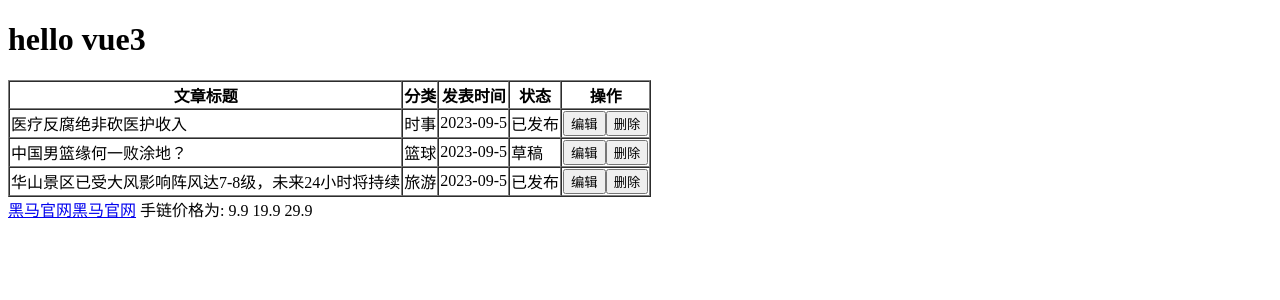
Repository: Viana05/MRGIS_front
Page: vue_learn.html
These files come from the project's save history. The page is drawn as it stood at one moment and after the next save; the edit follows.
The browser window is 1280 px wide. The pictures show the whole page.

Above is the page before, as saved 2025-03-10 21:35:26.

After the next save:
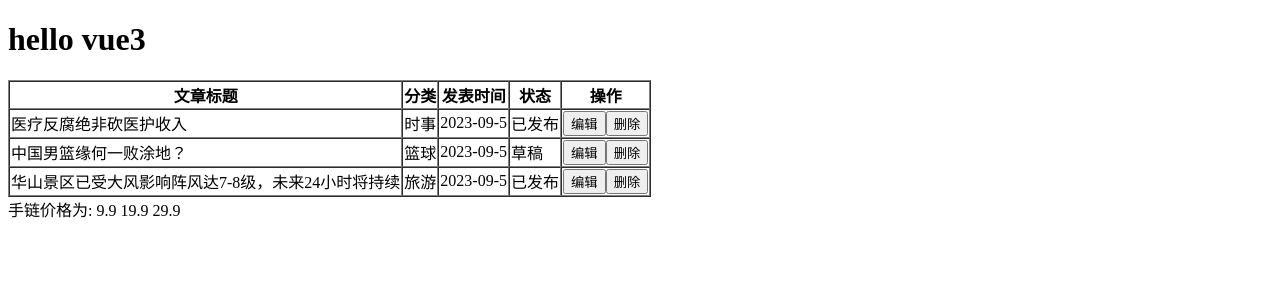
Saved 23 s later.
--- a/vue_learn.html
+++ b/vue_learn.html
@@ -31,8 +31,8 @@
         </tr>
       </table>
       <!-- v-bind 绑定数据 -->
-      <a v-bind:href="url">黑马官网</a>
-      <a :href="url">黑马官网</a>
+      <!-- <a v-bind:href="url">黑马官网</a>
+      <a :href="url">黑马官网</a> -->
       <!-- v-if -->
       手链价格为:  <span>9.9</span>  <span>19.9</span> <span>29.9</span>
       <!-- v-show -->

After the save that followed:
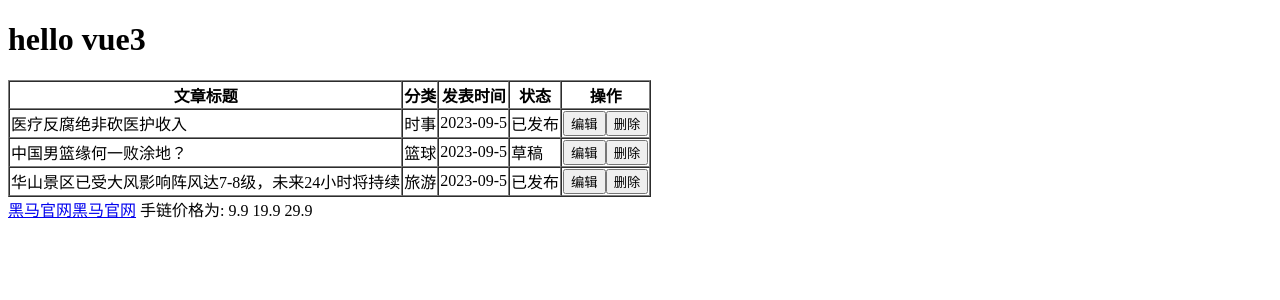
Saved 9 s later.
--- a/vue_learn.html
+++ b/vue_learn.html
@@ -31,8 +31,8 @@
         </tr>
       </table>
       <!-- v-bind 绑定数据 -->
-      <!-- <a v-bind:href="url">黑马官网</a>
-      <a :href="url">黑马官网</a> -->
+      <a v-bind:href="url">黑马官网</a>
+      <a :href="url">黑马官网</a>
       <!-- v-if -->
       手链价格为:  <span>9.9</span>  <span>19.9</span> <span>29.9</span>
       <!-- v-show -->
